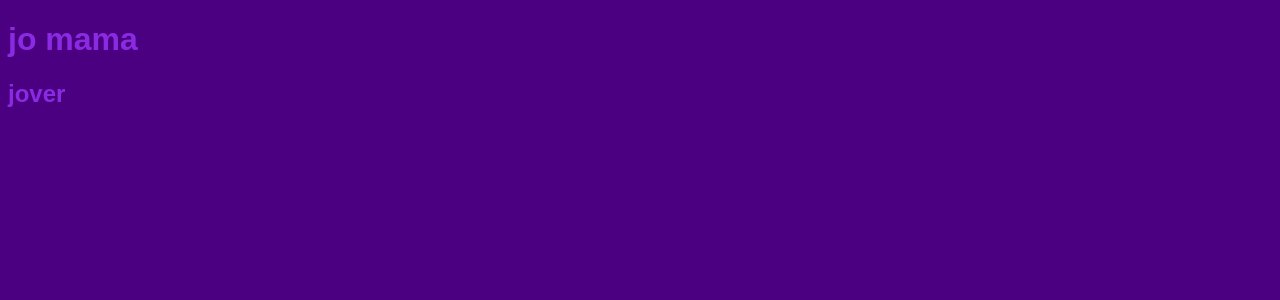
Repository: inkeevee/nikooneshotrice
Page: Documents/css/html.html
The author's editor kept a copy of each file at every save. The page is drawn from the files as they stood at one save, then again after the next save.
The browser window is 1280 px wide. The pictures show the whole page.

Above is the page before, as saved 2025-06-12 16:03:55.

After the next save:
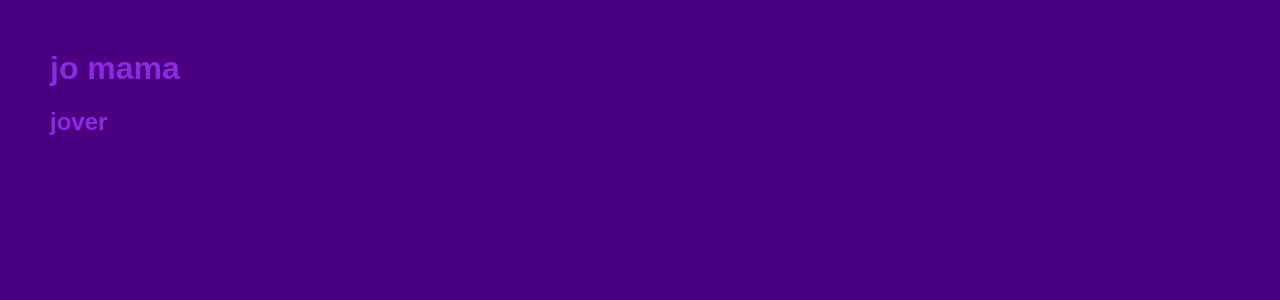
Saved 28 s later.
--- a/Documents/css/css.css
+++ b/Documents/css/css.css
@@ -3,5 +3,5 @@
     color: blueviolet;
     font-size: medium;
     font-family: sans-serif;
-    margin: 50;
+    margin: 50px;
 }
